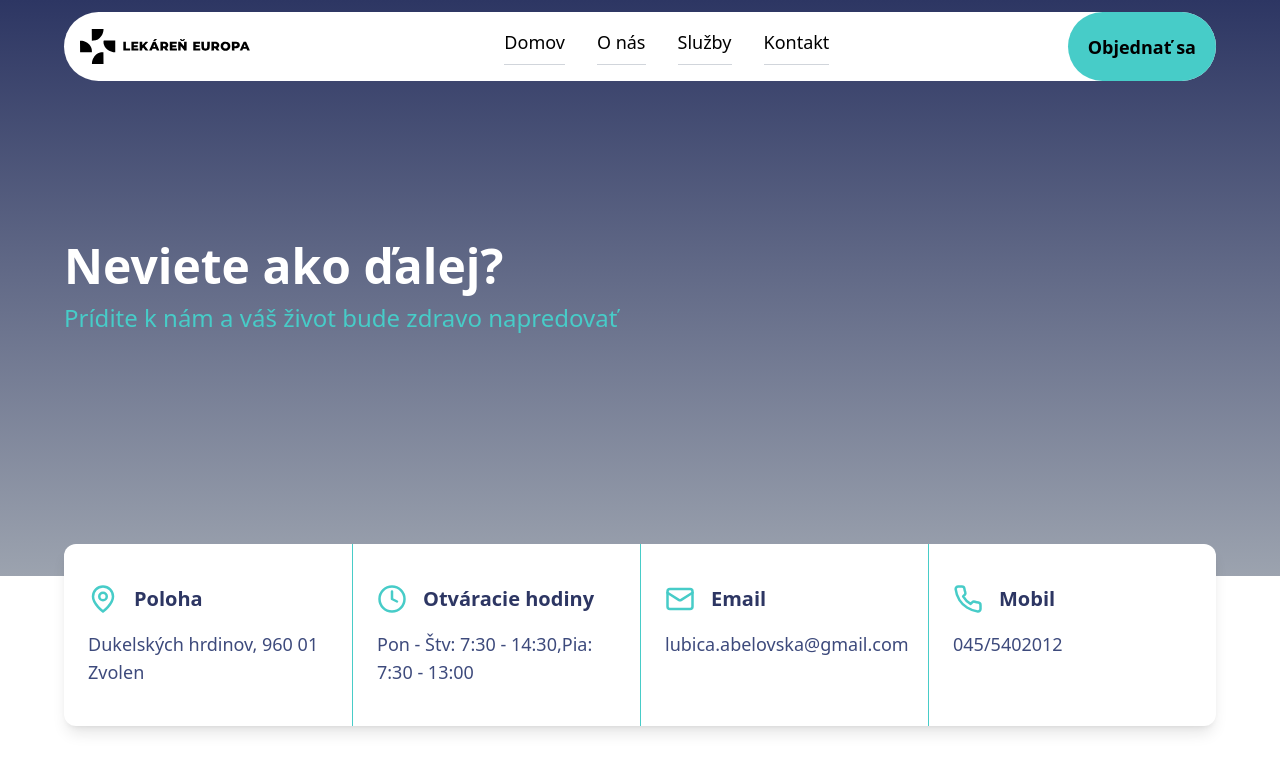
Repository: SimonSkoda13/Lekaren
Page: /
These files come from the project's save history. The page is drawn as it stood at one moment and after the next save; the edit follows.
The browser window is 1280 px wide. The pictures show the whole page.
The project was rebuilt for these pictures with package versions that can differ from the ones it lists, and the page was loaded fresh each time. The framework's server and built-in components were replaced by stand-ins that run in the browser. Also part of the build but not shown: next.config.js.

Above is the page before, as saved 2023-04-22 20:10:55.

### src/app/layout.tsx
import { Header } from "./components/Header/Header";
import "./globals.css";
import { Poppins } from "next/font/google";

export const metadata = {
  title: "Create Next App",
  description: "Generated by create next app",
};

export default function RootLayout({
  children,
}: {
  children: React.ReactNode;
}) {
  return (
    <html lang="en">
      <body className="bg-white min-h-[100vh]">
        <Header />
        <main>{children}</main>
        <footer></footer>
      </body>
    </html>
  );
}

### src/app/page.tsx
import Image from "next/image";
import { Inter } from "next/font/google";
import { HomeHero } from "./components/HomeHero/HomeHero";
import { Contact } from "./components/Contact/Contact";
import { Phone, MapPin, Clock4, Mail } from "lucide-react";

const inter = Inter({ subsets: ["latin"] });

// page with

export default function Home() {
  return (
    <>
      <HomeHero
        title={"Neviete ako ďalej?"}
        image={"/homeBanner.jpg"}
        description={"Prídite k nám a váš život bude zdravo napredovať"}
      />
      <Contact
        items={[
          {
            title: "Poloha",
            link: "https://goo.gl/maps/L5p9gij7kJ6iXfnA9",
            description: "Dukelských hrdinov, 960 01 Zvolen",
            icon: <MapPin size={30} className="stroke-primary" />,
          },
          {
            title: "Otváracie hodiny",
            link: "https://goo.gl/maps/L5p9gij7kJ6iXfnA9",
            description: "Pon - Štv:  7:30 - 14:30,Pia: 7:30 - 13:00",
            icon: <Clock4 size={30} className="stroke-primary" />,
          },
          {
            title: "Email",
            link: "mailto:lubica.abelovska@gmail.com",
            description: "lubica.abelovska@gmail.com",
            icon: <Mail size={30} className="stroke-primary" />,
          },
          {
            title: "Mobil",
            description: "045/5402012",
            link: "tel:045/5402012",
            icon: <Phone size={30} className="stroke-primary" />,
          },
        ]}
      />
    </>
  );
}

### src/app/components/Header/Header.tsx
import Link from "next/link";
import React from "react";
import { Nav } from "./Nav/Nav";

export interface HeaderProps {}

export const Header = (props: HeaderProps) => {
  const {} = props;
  return (
    <header className="cntn fixed w-full top-3 z-10">
      <div className="flex bg-white rounded-full ">
        {/* logo */}
        <div className="flex justify-center items-center px-4">
          <img src="/logoHeader.svg" alt="logo" className="w-[170px]" />
        </div>
        {/* nav */}
        {/* get error for next server components */}

        <Nav />
        {/* button order self */}
        <div className="flex justify-center items-center px-5 p-0 bg-primary rounded-full text-lg font-bold">
          <Link href="/order">Objednať sa</Link>
        </div>
      </div>
    </header>
  );
};

### src/app/globals.css
@tailwind base;
@tailwind components;
@tailwind utilities;

@layer components {
  .cntn {
    @apply mx-auto px-4  max-w-screen-xl md:px-16;
  }
}

### src/app/components/HomeHero/HomeHero.tsx
import Image from "next/image";
import React from "react";
import { ImageGradient } from "./ImageGradient/ImageGradient";

export interface HomeHeroProps {
  title: string;
  image: string;
  description: string;
}

export const HomeHero = (props: HomeHeroProps) => {
  const { title, image, description } = props;
  return (
    <section className="relative h-[80vh] z-0 px-0">
      <div className="w-full h-full absolute left-0 top-0 ">
        {/* make filter for image to odd brightness from top biggest to bottom lowest */}
        <ImageGradient>
          <Image
            src={image}
            alt="Next.js logo"
            fill
            style={{
              objectFit: "cover",
              objectPosition: "center",
            }}
          />
        </ImageGradient>
      </div>
      <div className="cntn relative gap-3 h-full flex justify-center flex-wrap flex-col z-10">
        <h1 className="text-5xl font-bold text-white">{title}</h1>
        <p className="text-2xl text-primary">{description}</p>
      </div>
    </section>
  );
};

### src/app/components/Contact/Contact.tsx
import { Phone } from "lucide-react";
import { Url } from "next/dist/shared/lib/router/router";
import Image from "next/image";
import Link from "next/link";
import React, { ReactNode } from "react";

export interface ContactProps {
  items?: {
    title: string;
    description: string;
    icon: ReactNode;
    link?: string;
  }[];
}

export const Contact = (props: ContactProps) => {
  const { items } = props;
  return (
    <section className="cntn z-10 relative top-[-2rem]">
      <div className="w-full h-full grid grid-cols-2 md:grid-cols-4 items-start bg-white rounded-xl shadow-lg divide-x divide-primary">
        {items?.map((item) => (
          <Link href={item?.link as Url} className="h-full">
            <div className="flex flex-col items-start gap-4 p-6 py-10">
              <div className="flex w-full flex-row gap-4 items-center">
                {item.icon}
                <h2 className="text-xl font-bold text-secondary">
                  {item.title}
                </h2>
              </div>
              <p className="text-lg font-medium text-secondary-light">
                {item.description}
              </p>
            </div>
          </Link>
        ))}
      </div>
    </section>
  );
};

### src/app/components/Header/Nav/Nav.tsx
"use client";

import Link from "next/link";
import { usePathname } from "next/navigation";
import React from "react";

export const Nav = () => {
  const path = usePathname();
  console.log(path);

  return (
    <div className="py-4 px-4 flex gap-8 items-center mx-auto text-lg font-medium">
      <Link
        href="/"
        className={
          path === "/"
            ? "inline-block border-b border-gray-300 w-1/4 pb-2"
            : "hover:inline-block border-b border-red w-1/2 pb-2"
        }
      >
        Domov
      </Link>
      <Link
        href="/onas"
        className={
          path === "/"
            ? "inline-block border-b border-gray-300 w-1/4 pb-2"
            : "hover:inline-block border-b border-red w-1/2 pb-2"
        }
      >
        O nás
      </Link>
      <Link
        href="/sluzby"
        className={
          path === "/"
            ? "inline-block border-b border-gray-300 w-1/4 pb-2"
            : "hover:inline-block border-b border-red w-1/2 pb-2"
        }
      >
        Služby
      </Link>
      <Link
        href="/kontakt"
        className={
          path === "/"
            ? "inline-block border-b border-gray-300 w-1/4 pb-2"
            : "hover:inline-block border-b border-red w-1/2 pb-2"
        }
      >
        Kontakt
      </Link>
    </div>
  );
};

### src/app/components/HomeHero/ImageGradient/ImageGradient.tsx
import React from "react";

export interface ImageGradientProps {
  children: React.ReactNode;
}

export const ImageGradient = (props: ImageGradientProps) => {
  const { children } = props;
  return (
    <div className="relative w-full h-full overflow-hidden z-10">
      <div className="absolute inset-0 z-10 bg-gradient-to-b from-secondary to-gray-400"></div>
      {children}
    </div>
  );
};

### tailwind.config.js
/** @type {import('tailwindcss').Config} */
module.exports = {
  content: [
    "./src/pages/**/*.{js,ts,jsx,tsx,mdx}",
    "./src/components/**/*.{js,ts,jsx,tsx,mdx}",
    "./src/app/**/*.{js,ts,jsx,tsx,mdx}",
  ],
  theme: {
    extend: {
      colors: {
        primary: "#47CCC8",
        secondary: "#2D3663",
        "secondary-light": "#3D4A7C",
      },
    },
  },
  plugins: [],
};

Loaded but not shown: src/app/api/hello/route.ts (common file)

After the next save:
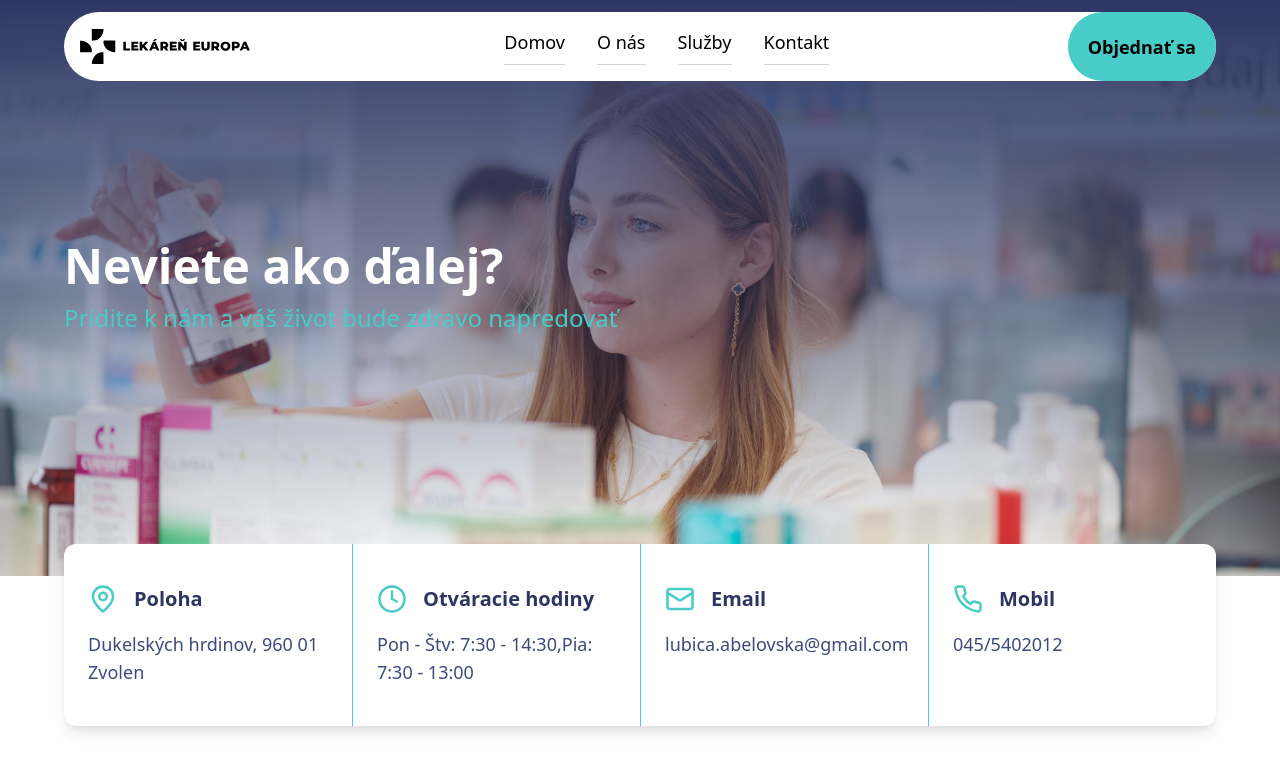
Saved 7 s later.
--- a/src/app/components/HomeHero/ImageGradient/ImageGradient.tsx
+++ b/src/app/components/HomeHero/ImageGradient/ImageGradient.tsx
@@ -8,7 +8,7 @@ export const ImageGradient = (props: ImageGradientProps) => {
   const { children } = props;
   return (
     <div className="relative w-full h-full overflow-hidden z-10">
-      <div className="absolute inset-0 z-10 bg-gradient-to-b from-secondary to-gray-400"></div>
+      <div className="absolute inset-0 z-10 bg-gradient-to-b from-secondary"></div>
       {children}
     </div>
   );
